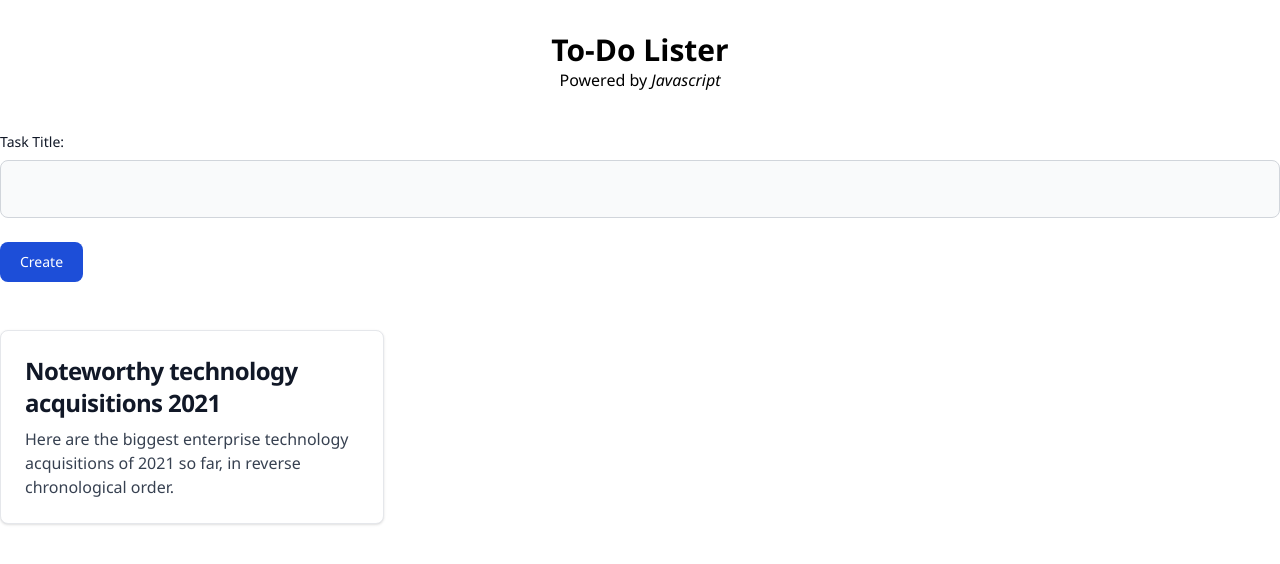
Repository: vxyux/to-do-lister
Page: index.html
The author's editor kept a copy of each file at every save. The page is drawn from the files as they stood at one save, then again after the next save.
The browser window is 1280 px wide. The pictures show the whole page.
Some web libraries are served in a nearby version.

Above is the page before, as saved 2023-09-04 15:22:32.

After the next save:
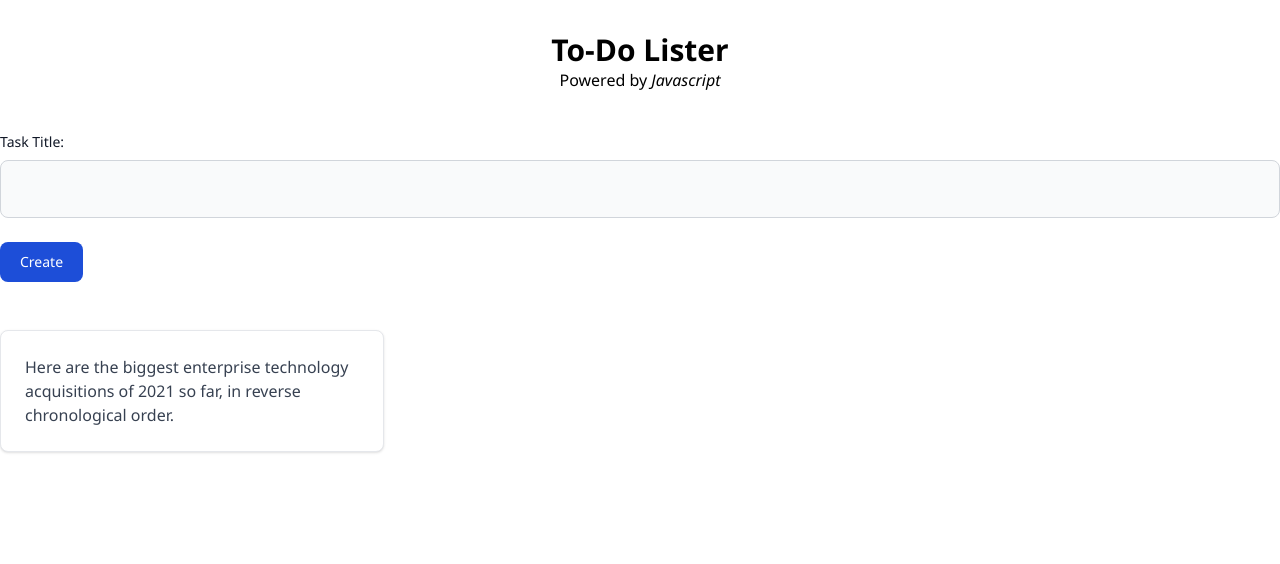
Saved 13 s later.
--- a/index.html
+++ b/index.html
@@ -36,7 +36,6 @@
     <ul class="mt-10" id="to-dos">
       <li class="task_item">
         <a href="#" class="block max-w-sm p-6 bg-white border border-gray-200 rounded-lg shadow hover:bg-gray-100 dark:bg-gray-800 dark:border-gray-700 dark:hover:bg-gray-700">
-            <h5 class="mb-2 text-2xl font-bold tracking-tight text-gray-900 dark:text-white">Noteworthy technology acquisitions 2021</h5>
             <p class="font-normal text-gray-700 dark:text-gray-400">Here are the biggest enterprise technology acquisitions of 2021 so far, in reverse chronological order.</p>
         </a>
       </li>
